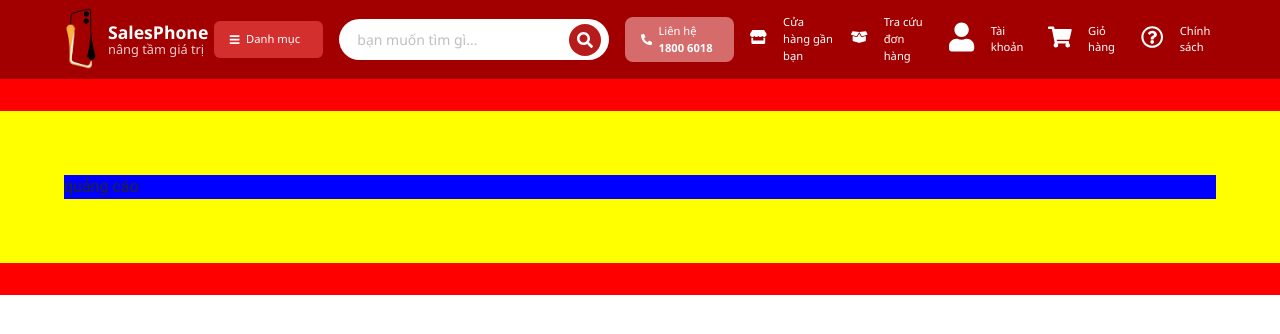
Repository: nguyenhuuluanTTB/cn-da22ttb-nguyenhuuluan-website_salesphone-nextjs_nodejs
Page: /home (app in Project_SalesPhone/client/salesphone/)
An editor plug-in stored every save of this project. The page is shown before and after the next save, followed by the edit.
The browser window is 1280 px wide. The pictures show the whole page.
The project was rebuilt for these pictures with package versions that can differ from the ones it lists, and the page was loaded fresh each time. The framework's server and built-in components were replaced by stand-ins that run in the browser. Also part of the build but not shown: Project_SalesPhone/client/salesphone/next.config.ts.

Above is the page before, as saved 2025-11-06 21:03:33.

After the next save:
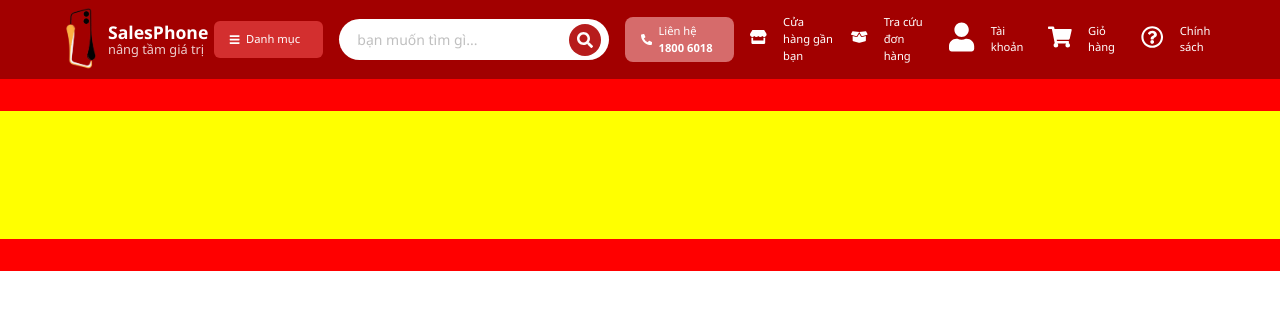
Saved 29 s later.
--- a/Project_SalesPhone/client/salesphone/app/home/page.tsx
+++ b/Project_SalesPhone/client/salesphone/app/home/page.tsx
@@ -14,7 +14,17 @@
 
                 <div className={styles.advertisement}> {/*advertisement */}
 
-                    quảng cáo
+                    <div className={styles.adleft}>
+
+                    </div>
+
+                    <div>
+
+                    </div>
+
+                    <div className={styles.adright}>
+
+                    </div>
 
                 </div>
 
